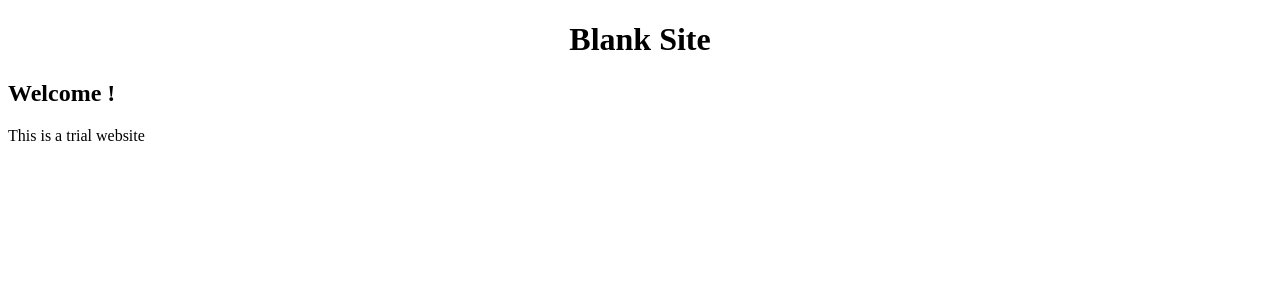
Repository: yhung004/Blank_Project
Page: index.html
An editor plug-in stored every save of this project. The page is shown before and after the next save, followed by the edit.
The browser window is 1280 px wide. The pictures show the whole page.

Above is the page before, as saved 2024-04-03 23:56:42.

### index.html
<!DOCTYPE html>
<html lang="en">
<head>
    <meta charset="UTF-8">
    <meta name="viewport" content="width=device-width, initial-scale=1.0">
    <title>Document</title>
    <link rel="stylesheet" href="index.css">
</head>
<body>
    <h1 class="header"> Blank Site</h1>
    <div class="main">
        <div class="main2"></div>
        <h2 class="header_2">Welcome !</h2>
        <p class="words">This is a trial website</p>
    </div>
</body>
</html>

### index.css

h1.header {
    text-align:center;
}

After the next save:
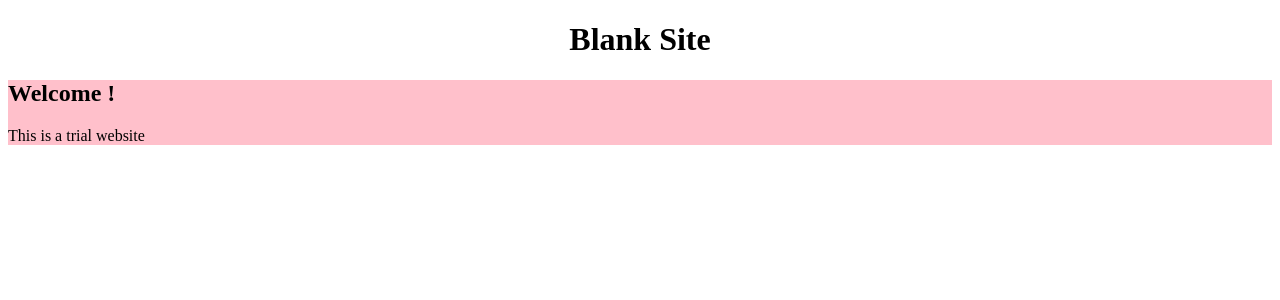
Saved 35 s later.
--- a/index.css
+++ b/index.css
@@ -2,3 +2,6 @@
 h1.header {
     text-align:center;
 }
+div.main {
+    background-color: pink;
+}
